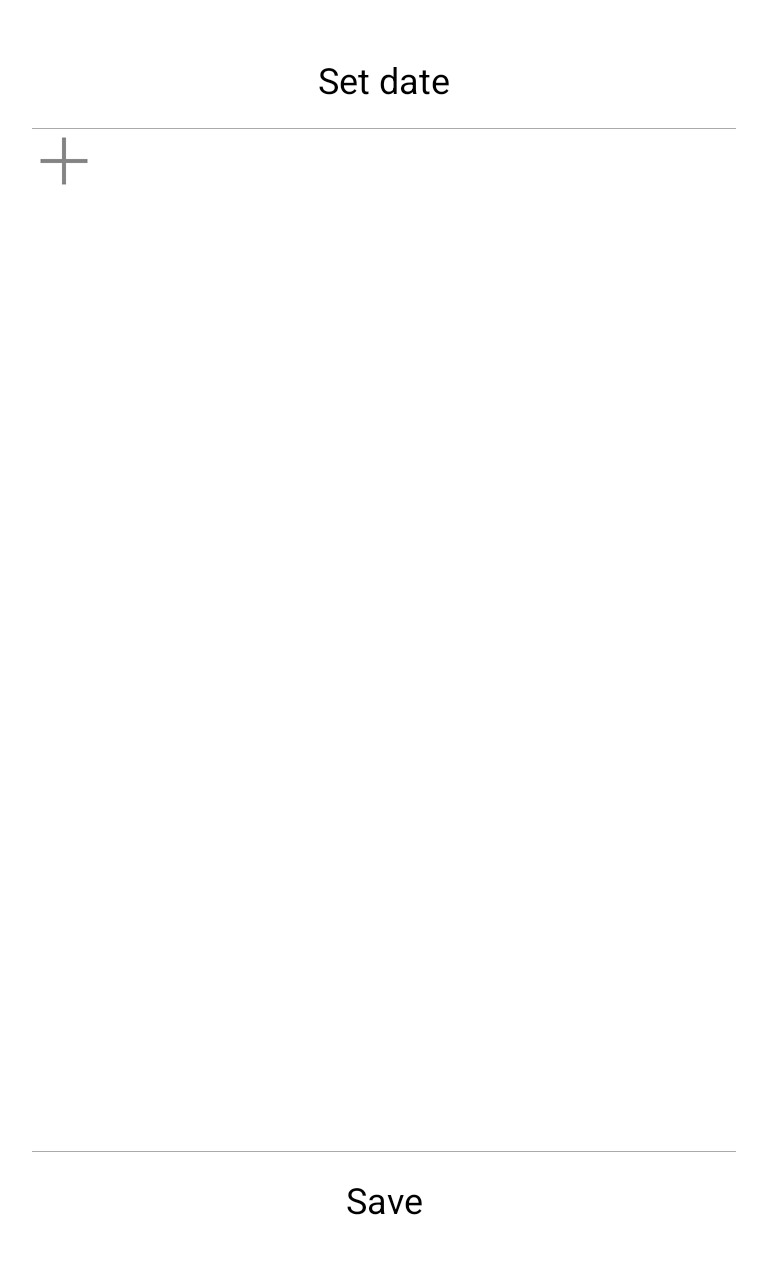
Repository: larserikstrand/IMT4904-Master
Layout: MTP/res/layout/activity_list.xml
An editor plug-in stored every save of this project. The layout is shown before and after the next save, followed by the edit.
It is drawn on a 768 x 1280 px phone screen (xhdpi) without system bars, with theme android:Theme.Holo.Light; the app's code is not run. Lists and similar views that code fills are empty.

Above is the layout before, as saved 2014-02-10 17:22:16.

### MTP/res/layout/activity_list.xml
<LinearLayout xmlns:android="http://schemas.android.com/apk/res/android"
    xmlns:tools="http://schemas.android.com/tools"
    android:layout_width="match_parent"
    android:layout_height="match_parent"
    android:paddingBottom="@dimen/activity_vertical_margin"
    android:paddingLeft="@dimen/activity_horizontal_margin"
    android:paddingRight="@dimen/activity_horizontal_margin"
    android:paddingTop="@dimen/activity_vertical_margin"
    android:orientation="vertical"
    tools:context=".ListActivity" >

    <Button android:id="@+id/date_button"
        android:layout_width="match_parent"
        android:layout_height="wrap_content"
        android:background="?android:attr/selectableItemBackground"
        android:text="@string/set_date" />

    <View android:layout_width="match_parent"
        android:layout_height="0.2dp"
        android:background="@android:color/darker_gray" />

    <ListView android:id="@+id/tasklist_list"
        android:layout_width="match_parent"
        android:layout_height="wrap_content" >

    </ListView>

    <ImageButton android:id="@+id/new_task_button"
        android:layout_width="wrap_content"
        android:layout_height="wrap_content"
        android:gravity="center"
        android:background="?android:attr/selectableItemBackground"
        android:src="@drawable/ic_content_new"
        android:contentDescription="@string/new_task" />

    <View android:layout_width="match_parent"
        android:layout_height="0dp"
        android:layout_weight="1" />

    <View android:layout_width="match_parent"
        android:layout_height="0.2dp"
        android:background="@android:color/darker_gray" />

    <Button android:id="@+id/save_button"
        android:layout_width="match_parent"
        android:layout_height="wrap_content"
        android:background="?android:attr/selectableItemBackground"
        android:text="@string/save" />

</LinearLayout>

### MTP/res/values/strings.xml
<?xml version="1.0" encoding="utf-8"?>
<resources>

    <!-- Titles -->
    <string name="app_name">MTP</string>
    <string name="title_activity_list">ListActivity</string>
    <string name="title_activity_new_task">New Task</string>
    <string name="title_activity_map">Map</string>

    <!-- Menu -->
    <string name="action_settings">Settings</string>
    <string name="action_about">About</string>

    <!-- General -->
    <string name="today">Today</string>
    <string name="week">Week</string>
    <string name="all_tasks">All Tasks</string>
    <string name="new_task_list">New task list</string>
    <string name="new_task">New task</string>
    <string name="edit_list">Edit list</string>
    <string name="edit">Edit</string>
    <string name="delete">Delete</string>
    <string name="set_date">Set date</string>
    <string name="save">Save</string>
    <string name="done">Done</string>
    <string name="location">Location</string>

    <!-- Messages/Alerts -->



</resources>

Loaded but not shown: MTP/res/values/dimens.xml (common file)

After the next save:
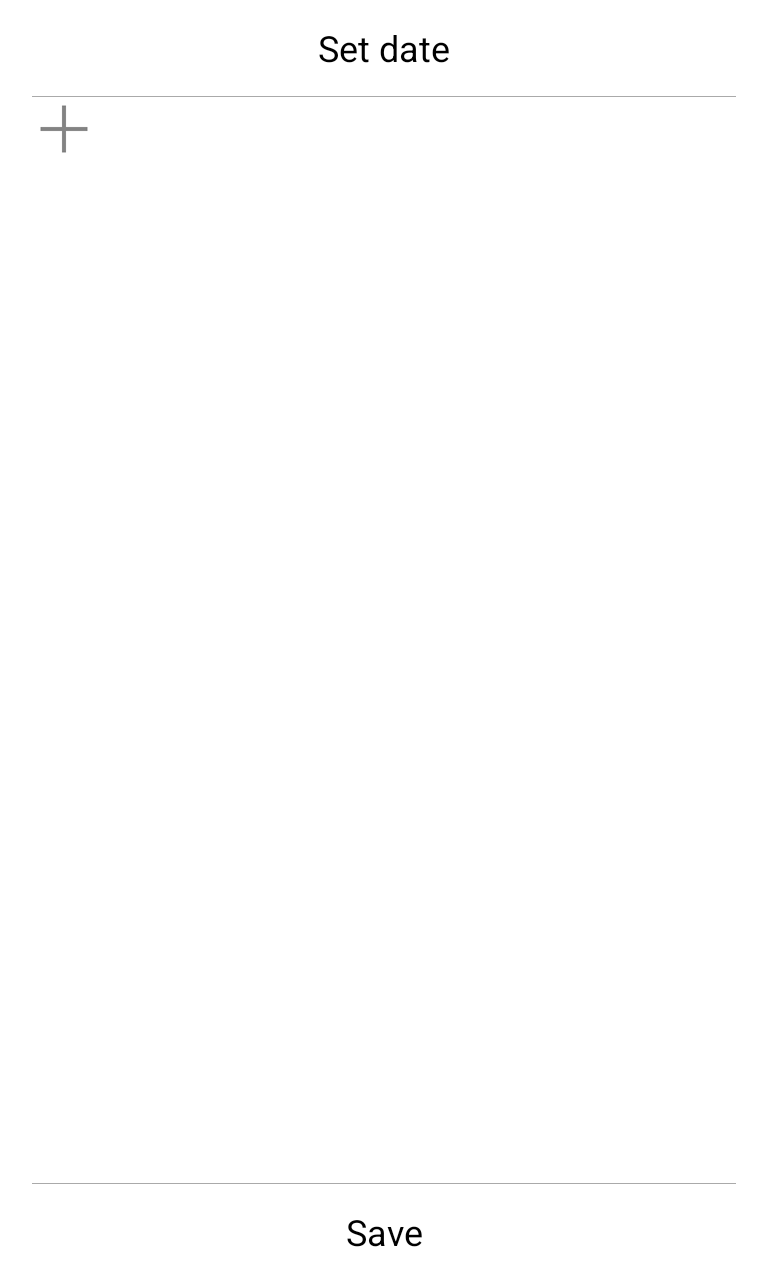
Saved 90 min 58 s later.
--- a/MTP/res/layout/activity_list.xml
+++ b/MTP/res/layout/activity_list.xml
@@ -2,10 +2,8 @@
     xmlns:tools="http://schemas.android.com/tools"
     android:layout_width="match_parent"
     android:layout_height="match_parent"
-    android:paddingBottom="@dimen/activity_vertical_margin"
     android:paddingLeft="@dimen/activity_horizontal_margin"
     android:paddingRight="@dimen/activity_horizontal_margin"
-    android:paddingTop="@dimen/activity_vertical_margin"
     android:orientation="vertical"
     tools:context=".ListActivity" >
 
